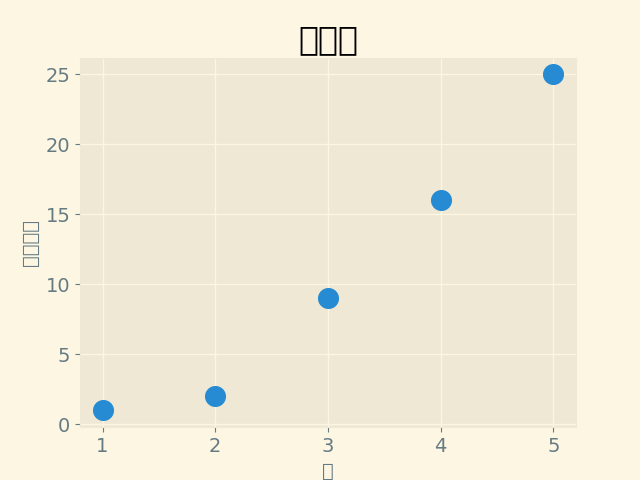
Repository: wh-debug/Matplotlib
Script's output: python make_scatter.py
An editor plug-in stored every save of this project. The script's output is shown before and after the next save, followed by the edit.
Random numbers start from a fixed seed.

Above is the script's output before, as saved 2021-02-23 15:20:12.

### make_scatter.py
'''
Author: your name
Date: 2021-02-20 08:00:13
LastEditTime: 2021-02-23 15:20:12
LastEditors: Please set LastEditors
Description: In User Settings Edit
FilePath: \Matplotlib\make_scatter.py
'''
import matplotlib.pyplot as plt

x_value = [1, 2, 3, 4, 5]
y_value = [1, 2, 9, 16, 25]

plt.style.use('Solarize_Light2')
fig, ax = plt.subplots()
ax.scatter(x_value, y_value, s=200) #todo 其中s=200是指定点的大小

ax.set_title("平方数", fontsize=24)
ax.set_xlabel("值", fontsize=14)
ax.set_ylabel("值的平方", fontsize=14)

ax.tick_params(axis='both', which='major', labelsize=14)

plt.show()

After the next save:
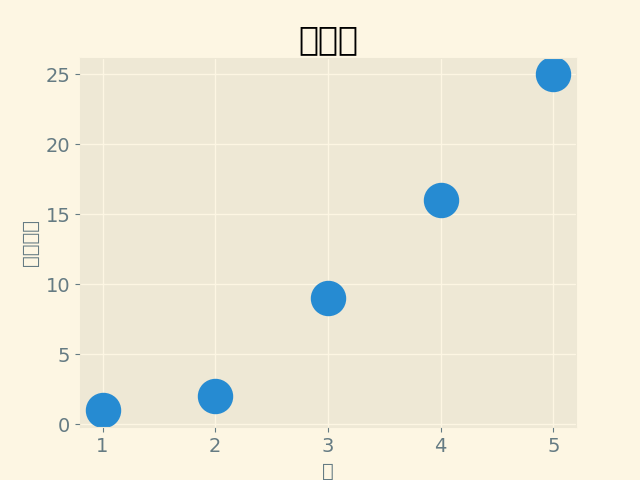
Saved 4 s later.
--- a/make_scatter.py
+++ b/make_scatter.py
@@ -13,7 +13,7 @@ y_value = [1, 2, 9, 16, 25]
 
 plt.style.use('Solarize_Light2')
 fig, ax = plt.subplots()
-ax.scatter(x_value, y_value, s=200) #todo 其中s=200是指定点的大小
+ax.scatter(x_value, y_value, s=600) #todo 其中s=200是指定点的大小
 
 ax.set_title("平方数", fontsize=24)
 ax.set_xlabel("值", fontsize=14)
